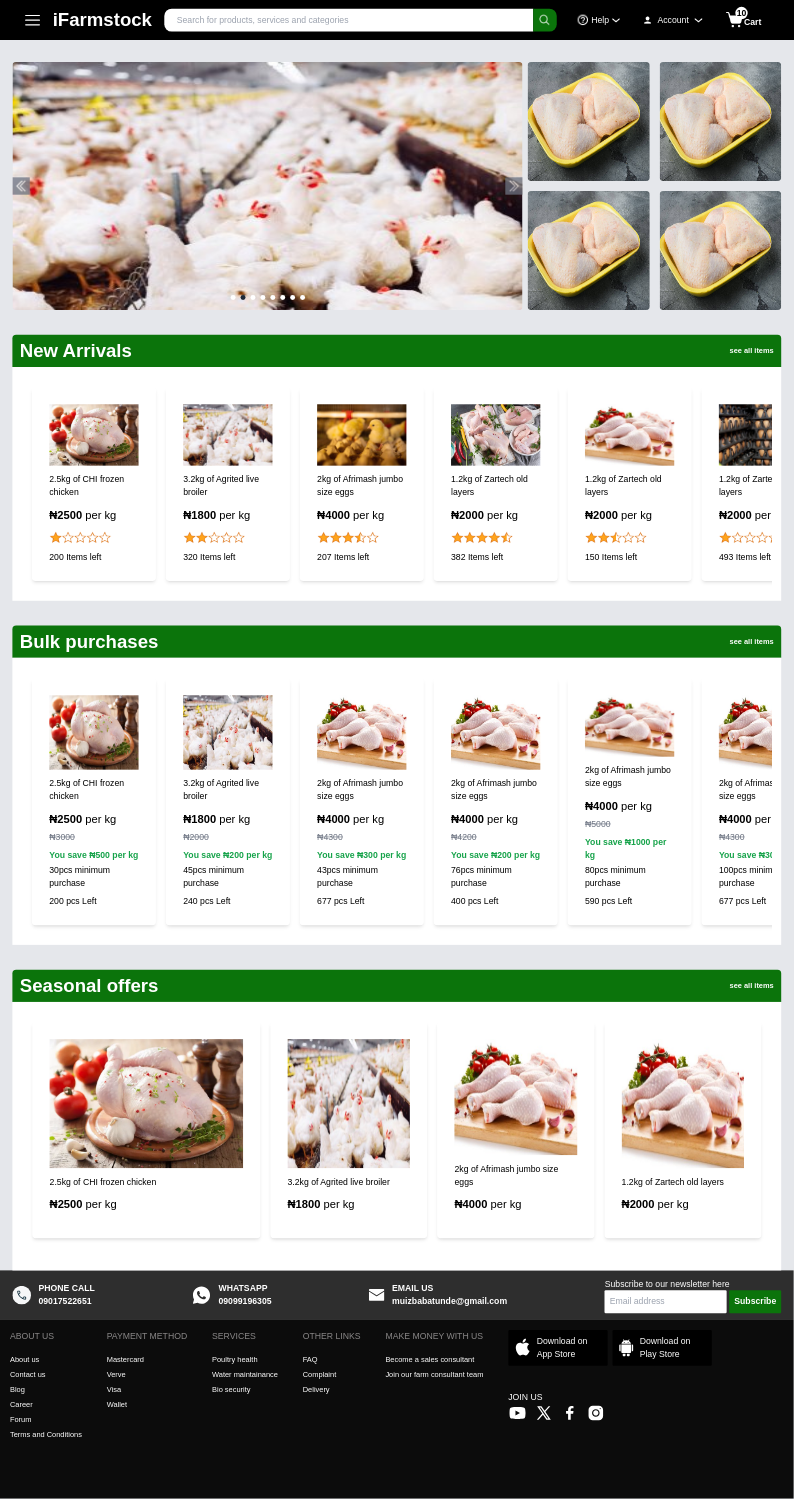
Repository: IssaMuiz/ifarmstock
Page: /
The author's editor kept a copy of each file at every save. The page is drawn from the files as they stood at one save, then again after a run of saves.
The browser window is 1280 px wide. The pictures show the whole page, at 62% of full size.
The project was rebuilt for these pictures with package versions that can differ from the ones it lists, and the page was loaded fresh each time. The framework's server and built-in components were replaced by stand-ins that run in the browser. Also part of the build but not shown: next.config.mjs.

Above is the page before, as saved 2024-09-04 09:32:22.

### app/layout.tsx
import "@/styles/globals.css";

export const metadata = {
  title: "Grow",
  description: "Livestock farming e-commerce application",
};

export default function RootLayout({
  children,
}: {
  children: React.ReactNode;
}) {
  return (
    <html lang="en">
      <body className="bg-gray-200 h-screen w-auto">
        <section className="mb-5">{children}</section>
      </body>
    </html>
  );
}

### app/page.tsx
"use client";

import ProductSlider from "@/components/productSlider";
import ClientLayout from "@/components/clientLayout";
import NewArrivalsCards from "@/components/newArrivalsCards";
import BulkPurchasesCards from "@/components/bulkPurchasesCards";
import SeasonalCards from "@/components/seasonalCards";

const Home = () => {
  return (
    <ClientLayout>
      <div className="pt-20 tablet:mx-5 mobile:mx-2 h-auto">
        <div>
          <ProductSlider />

          <div
            className="bgColor text w-full h-auto mt-10 tablet:text-3xl mobile:text-xl p-2 items-center rounded-t-md font-semibold flex
          justify-between px-3"
          >
            <p>New Arrivals</p>
            <p className="text-xs cursor-pointer hover:underline">
              see all items
            </p>
          </div>
          <NewArrivalsCards />
          <div
            className="bgColor text w-full h-auto mt-10 tablet:text-3xl mobile:text-xl p-2 rounded-t-md font-semibold flex
          justify-between px-3 items-center"
          >
            <p>Bulk purchases</p>
            <p className="text-xs cursor-pointer hover:underline">
              see all items
            </p>
          </div>
          <BulkPurchasesCards />
          <div
            className="bgColor text w-full h-auto mt-10 tablet:text-3xl mobile:text-xl p-2 rounded-t-md font-semibold flex
          justify-between px-3 items-center"
          >
            <p>Seasonal offers</p>
            <p className="text-xs cursor-pointer hover:underline">
              see all items
            </p>
          </div>
          <SeasonalCards />
        </div>
      </div>
    </ClientLayout>
  );
};

export default Home;

### styles/globals.css
@tailwind base;
@tailwind components;
@tailwind utilities;

.scrollbar {
  scrollbar-width: thin;
  scrollbar-color: gray #313131;
}

.bgColor {
  background-color: rgb(11, 116, 11);
}

.text {
  color: white;
}

body {
  font-family: Arial, Helvetica, sans-serif;
  font-size: 14px;
}

### components/productSlider.tsx
"use client";
import Image from "next/image";
import { useEffect, useState } from "react";

const ProductSlider = () => {
  const images = [
    "/assets/images/poultry-image1-slider.jpg",
    "/assets/images/poultry-image2-slider.jpg",
    "/assets/images/poultry-image3-slider.jpg",
    "/assets/images/poultry-image4-slider.jpg",
    "/assets/images/poultry-image5-slider.jpg",
    "/assets/images/poultry-image6-slider.jpg",
    "/assets/images/poultry-image7-slider.jpg",
    "/assets/images/catfish-image1-slider.jpg",
  ];

  const [index, setIndex] = useState(0);

  const handleSliceNext = () => {
    setIndex((index + 1) % images.length);
  };
  const handleSlicePrev = () => {
    setIndex((index - 1) % images.length);
  };

  const handleIndicatorClick = (i: number) => {
    setIndex(i);
  };

  useEffect(() => {
    const intervalId = setInterval(() => {
      handleSliceNext();
    }, 5000);
    return () => clearInterval(intervalId);
  }, [index]);
  return (
    <div className="flex tablet:flex-row gap-2 items-start mobile:flex-col w-full">
      <div className="relative mt-5 w-full overflow-hidden ">
        <div
          className="flex transition-transform duration-500 ease-in-out"
          style={{ transform: `translateX(-${index * 100}%)` }}
        >
          {images.map((image, i) => (
            <div key={i} className="min-w-full">
              <Image
                className="tablet:h-[400px] mobile:h-[200px]  w-full rounded-md"
                src={image}
                alt={`Slide ${i + 1}`}
                width={800}
                height={200}
              />
            </div>
          ))}
        </div>
        <button
          type="button"
          onClick={handleSlicePrev}
          className="absolute left-0 top-1/2 tranform -translate-y-1/2 bg-gray-500 text-white px-1 py-1 opacity-75 hover:opacity-100 transition-opacity"
        >
          <Image
            className=""
            src="/assets/icons/arrow-left.png"
            alt="arrow-right-icon"
            width={20}
            height={20}
          />
        </button>
        <button
          type="button"
          onClick={handleSliceNext}
          className="absolute right-0 top-1/2 tranform -translate-y-1/2 bg-gray-500 text-white px-1 py-1 opacity-75 hover:opacity-100 transition-opacity"
        >
          <Image
            className=""
            src="/assets/icons/right-arrow.png"
            alt="arrow-right-icon"
            width={20}
            height={20}
          />
        </button>
        <div className="absolute bottom-4 left-0 right-0 flex justify-center space-x-2">
          {images.map((_, i) => (
            <button
              key={i}
              onClick={() => handleIndicatorClick(i)}
              className={`w-2 h-2 rounded-full ${
                index === i ? "bg-gray-800" : "bg-white"
              }`}
            />
          ))}
        </div>
      </div>
      <div className="">
        <div className="grid grid-cols-2 mt-5 gap-4">
          <Image
            className="rounded-md h-[192px] cursor-pointer"
            src="/assets/images/package-chicken2.jpg"
            alt=""
            width={300}
            height={330}
          />
          <Image
            className="rounded-md h-[192px] cursor-pointer"
            src="/assets/images/package-chicken2.jpg"
            alt=""
            width={300}
            height={330}
          />
          <Image
            className="rounded-md h-[192px] cursor-pointer"
            src="/assets/images/package-chicken2.jpg"
            alt=""
            width={300}
            height={330}
          />
          <Image
            className="rounded-md h-[192px] cursor-pointer"
            src="/assets/images/package-chicken2.jpg"
            alt=""
            width={300}
            height={330}
          />
        </div>
      </div>
    </div>
  );
};

export default ProductSlider;

### components/clientLayout.tsx
"use client";
import Navbar from "@/components/navbar";
import Sidenav from "@/components/sidenav";
import Footer from "@/components/footer";

import { useState, createContext } from "react";

export const SidebarContext = createContext({
  isOpen: false,
  toggleSidebar: () => {},
});

const ClientLayout = ({ children }: { children: React.ReactNode }) => {
  const [isOpen, setIsOpen] = useState(false);

  const toggleSidebar = () => {
    setIsOpen((prev) => !prev);
  };
  return (
    <SidebarContext.Provider value={{ isOpen, toggleSidebar }}>
      <Navbar />
      <Sidenav />
      <div
        className={`fixed inset-0 bg-black transition-opacity duration-300 ease-in-out z-10 ${
          isOpen
            ? "opacity-70 pointer-events-auto"
            : "opacity-0 pointer-events-none"
        }`}
        onClick={toggleSidebar}
      ></div>
      <section
        className={`relative z-0 transition-all duration-300 ease-in-out `}
      >
        {children}
      </section>
      <Footer />
    </SidebarContext.Provider>
  );
};

export default ClientLayout;

### components/newArrivalsCards.tsx
import Image from "next/image";
import newArrivalsCards from "../models/newArrivalsCards.json";
const NewArrivalsCards = () => {
  const sliceNewArrivals = newArrivalsCards.slice(0, 10);
  return (
    <div className="bg-white h-auto w-auto tablet:p-4 mobile:p-1">
      <div className="flex overflow-x-auto space-x-4 p-4">
        {sliceNewArrivals.map((product, index) => (
          <div
            key={index}
            className="flex shadow-md hover:shadow-xl hover:scale-[1.01] hover:transition-all hover:duration-300 hover:ease-in-out flex-col tablet:min-w-[200px] mobile:min-w-[160px] tablet:p-7 tablet:gap-3 mobile:p-2 mobile:gap-1 rounded-md cursor-pointer"
          >
            <Image
              src={product.image}
              alt="poultry"
              width={150}
              height={100}
              className="h-full w-full"
            />
            <div className="text-md">
              <p className="line-clamp-2 mb-3">
                <span>{product.weight}</span> of {product.name}
              </p>
              <p className="font-semibold text-lg mb-3">
                &#8358;{product.Price}
                <span className="text-md font-extralight"> per kg</span>
              </p>
              <div className="mb-3">
                <Image
                  src={product.rating}
                  alt="rating-icon"
                  width={100}
                  height={60}
                />
              </div>
              <div className="">{product.itemsLeft} Items left</div>
            </div>
          </div>
        ))}
      </div>
    </div>
  );
};

export default NewArrivalsCards;

### components/bulkPurchasesCards.tsx
import Image from "next/image";
import bulkPurchasesCards from "@/models/bulkPurchasesCards.json";
const BulkPurchasesCard = () => {
  const sliceBulkPurchase = bulkPurchasesCards.slice(0, 8);
  return (
    <div className="bg-white h-auto w-auto tablet:p-4 mobile:p-1">
      <div className="flex overflow-x-auto space-x-4 p-4">
        {sliceBulkPurchase.map((product, index) => (
          <div
            key={index}
            className="flex shadow-md hover:shadow-xl hover:scale-[1.01] hover:transition-all hover:duration-300 hover:ease-in-out flex-col tablet:min-w-[200px] mobile:min-w-[160px] tablet:p-7 tablet:gap-3 mobile:p-2 mobile:gap-1 rounded-md cursor-pointer"
          >
            <Image
              src={product.image}
              alt="poultry"
              width={150}
              height={100}
              className="h-full w-full"
            />
            <div className="text-md">
              <p className="line-clamp-2 mb-3">
                <span>{product.weight}</span> of {product.name}
              </p>
              <p className="font-semibold text-lg mb-1">
                &#8358;{product.Price}
                <span className="text-md font-extralight"> per kg</span>
              </p>
              <p className="mb-2 line-through text-gray-500">
                &#8358;{product.discount}
              </p>
              <p className="text-green-600 font-semibold mb-1">
                You save &#8358;{product.discount - product.Price} per kg
              </p>
              <p className="mb-2">{product.minimum}pcs minimum purchase</p>
              <p>{product.itemsLeft} pcs Left</p>
            </div>
          </div>
        ))}
      </div>
    </div>
  );
};

export default BulkPurchasesCard;

### components/seasonalCards.tsx
import Image from "next/image";
import seasonalCards from "@/models/seasonalCards.json";
const SeasonalCards = () => {
  return (
    <div className="bg-white h-auto w-auto tablet:p-4 mobile:p-1">
      <div className="flex overflow-x-auto space-x-4 p-4 mb-5">
        {seasonalCards.map((product, index) => (
          <div
            key={index}
            className="flex shadow-md hover:shadow-xl hover:scale-[1.01] hover:transition-all hover:duration-300 hover:ease-in-out flex-col tablet:min-w-[200px] mobile:min-w-[160px] tablet:p-7 tablet:gap-3 mobile:p-2 mobile:gap-1 rounded-md cursor-pointer"
          >
            <Image
              src={product.image}
              alt="poultry"
              width={150}
              height={100}
              className="h-full w-full"
            />
            <div className="text-md">
              <p className="line-clamp-2 mb-3">
                <span>{product.weight}</span> of {product.name}
              </p>
              <p className="font-semibold text-lg mb-3">
                &#8358;{product.Price}
                <span className="text-md font-extralight"> per kg</span>
              </p>
            </div>
          </div>
        ))}
      </div>
    </div>
  );
};

export default SeasonalCards;

### components/sidenav.tsx
"use client";
import Image from "next/image";
import Link from "next/link";
import { useState } from "react";
import { useContext } from "react";
import { SidebarContext } from "./clientLayout";
const Sidenav = () => {
  const { toggleSidebar } = useContext(SidebarContext);
  const [categories, setCategories] = useState([
    {
      id: "1",
      name: "Broiler",
      expanded: false,
      arrowIcon: "/assets/icons/arrow-icon--right.png",
      dropdownlink: [
        { name: "Day Old Chicks", link: "/" },
        { name: "Matured Broilers", link: "/" },
        { name: "Frozen Chicken", link: "/" },
      ],
    },
    {
      id: "2",
      name: "Layers",
      expanded: false,
      arrowIcon: "/assets/icons/arrow-icon--right.png",
      dropdownlink: [
        { name: "Pullet", link: "/" },
        { name: "Point Of Lay", link: "/" },
        { name: "Old Layers", link: "/" },
      ],
    },
    {
      id: "3",
      name: "Catfish",
      expanded: false,

      arrowIcon: "/assets/icons/arrow-icon--right.png",
      dropdownlink: [
        { name: "Fingerlings/Juvenile", link: "/" },
        { name: "Matured Catfish", link: "/" },
        { name: "Smoked Catfish", link: "/" },
      ],
    },
    {
      id: "4",
      name: "Poultry-Eggs",
      expanded: false,

      arrowIcon: "/assets/icons/arrow-icon--right.png",
      dropdownlink: [
        { name: "Jumbo-size", link: "/" },
        { name: "Small-size", link: "/" },
        { name: "packaged-eggs", link: "/" },
      ],
    },
  ]);

  const handleDropdown = (id: string) => {
    setCategories((prev) =>
      prev.map((category) =>
        category.id === id
          ? { ...category, expanded: !category.expanded }
          : category
      )
    );
  };

  const { isOpen } = useContext(SidebarContext);
  return (
    <nav>
      <div
        className={`fixed overflow-x-hidden scrollbar h-auto overflow-auto z-20 left-0 top-0 bottom-0 tablet:w-[300px] mobile:w-[250px] transform transition-transform duration-300  bg-gray-100 ${
          isOpen ? "translate-x-0" : "-translate-x-full"
        }`}
      >
        <button
          onClick={toggleSidebar}
          className="absolute text top-2 right-2 text-4xl font-thin"
        >
          &times;
        </button>
        <div className="bgColor h-14 flex items-center text text-2xl pl-5 font-semibold gap-3">
          <Image
            src="/assets/icons/account.png"
            alt="profile-icon"
            height={25}
            width={25}
          />
          <p>Hello User</p>
        </div>
        <div className=" ">
          {categories.map((category) => (
            <div onClick={() => handleDropdown(category.id)} key={category.id}>
              <div className="text-lg flex justify-between items-center font-semibold hover:bg-gray-300 mt-5 p-2 cursor-pointer">
                <div>{category.name}</div>

                <Image
                  className={`${
                    category.expanded &&
                    "rotate-90 duration-300 transition-transform"
                  } h-4 w-4`}
                  src={category.arrowIcon}
                  alt="arrow-icon"
                  width={3}
                  height={3}
                />
              </div>

              <div>
                {category.expanded && (
                  <div>
                    {category.dropdownlink.map((dropdown, index) => (
                      <div className="hover:bg-gray-300" key={index}>
                        <Link href={dropdown.link}>
                          <div className="p-3 text-md ">{dropdown.name}</div>
                        </Link>
                      </div>
                    ))}
                  </div>
                )}
              </div>
            </div>
          ))}
        </div>
      </div>
    </nav>
  );
};

export default Sidenav;

### tailwind.config.ts
import type { Config } from "tailwindcss";

const config: Config = {
  content: [
    "./pages/**/*.{js,ts,jsx,tsx,mdx}",
    "./components/**/*.{js,ts,jsx,tsx,mdx}",
    "./app/**/*.{js,ts,jsx,tsx,mdx}",
  ],
  theme: {
    extend: {
      screens: {
        mobile: "320px",
        tablet: "768px",
        desktop: "1024px",
      },
    },
  },
  plugins: [],
};
export default config;

Loaded but not shown: models/newArrivalsCards.json (162 lines, source omitted); models/bulkPurchasesCards.json (110 lines, source omitted); models/seasonalCards.json (26 lines, source omitted); components/footer.tsx (335 lines, source omitted); components/navbar.tsx (148 lines, source omitted)

After the next 2 saves:
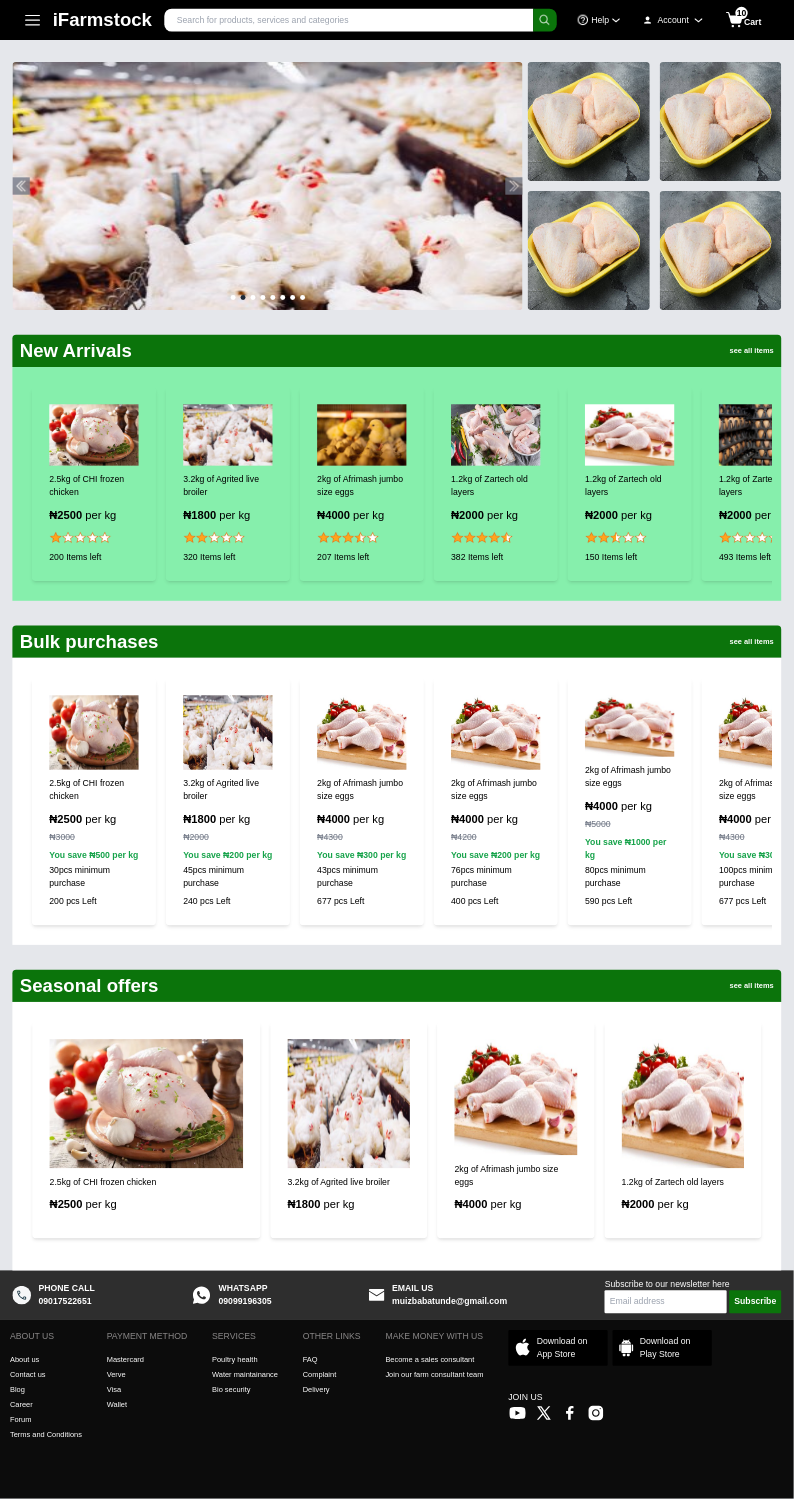
The 2 saves are shown as one change because they came seconds apart.
The last was saved 16 h 26 min later.
--- a/components/newArrivalsCards.tsx
+++ b/components/newArrivalsCards.tsx
@@ -3,7 +3,7 @@
 const NewArrivalsCards = () => {
   const sliceNewArrivals = newArrivalsCards.slice(0, 10);
   return (
-    <div className="bg-white h-auto w-auto tablet:p-4 mobile:p-1">
+    <div className="bg-green-300 h-auto w-auto tablet:p-4 mobile:p-1">
       <div className="flex overflow-x-auto space-x-4 p-4">
         {sliceNewArrivals.map((product, index) => (
           <div

After the save that followed:
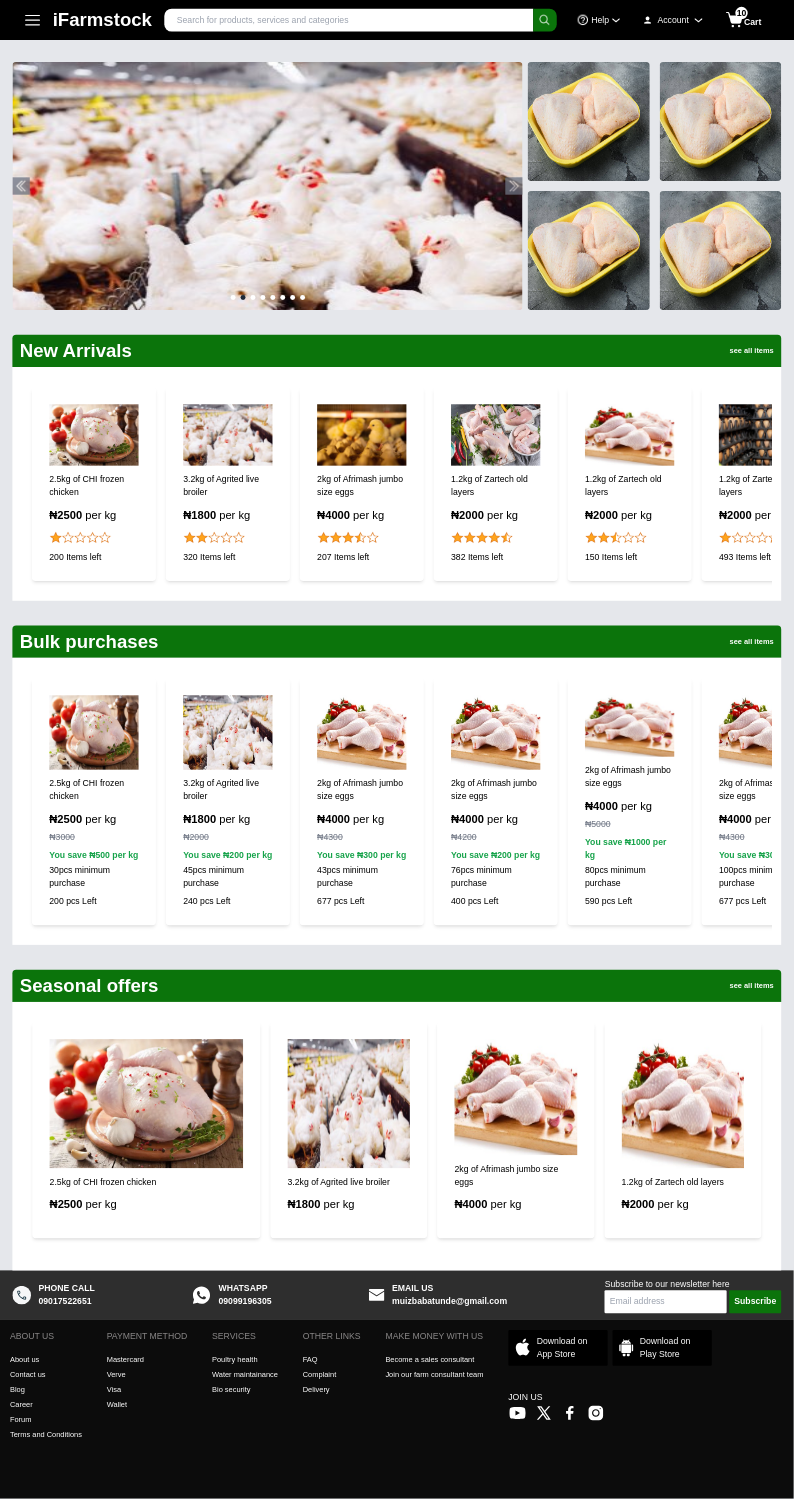
Saved 45 s later.
--- a/components/newArrivalsCards.tsx
+++ b/components/newArrivalsCards.tsx
@@ -3,7 +3,7 @@
 const NewArrivalsCards = () => {
   const sliceNewArrivals = newArrivalsCards.slice(0, 10);
   return (
-    <div className="bg-green-300 h-auto w-auto tablet:p-4 mobile:p-1">
+    <div className="bg-white h-auto w-auto tablet:p-4 mobile:p-1">
       <div className="flex overflow-x-auto space-x-4 p-4">
         {sliceNewArrivals.map((product, index) => (
           <div
